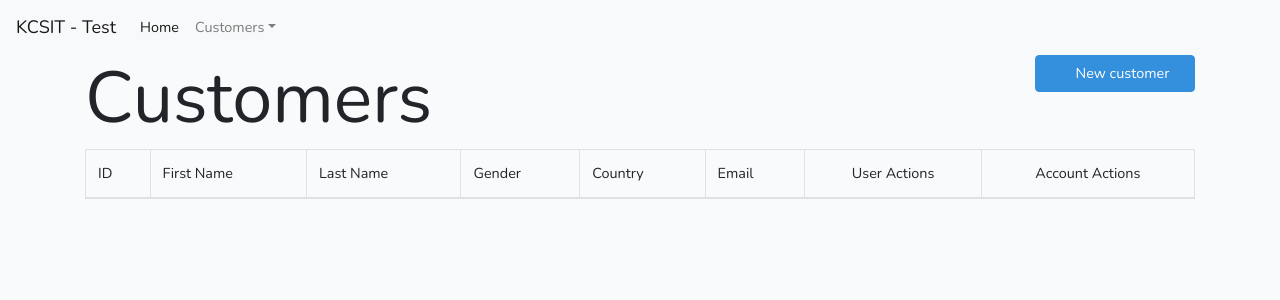
Repository: GilmarBrito/kcsit
Page: resources/views/customers/index.blade.php
The author's editor kept a copy of each file at every save. The page is drawn from the files as they stood at one save, then again after the next save.
The browser window is 1280 px wide. The pictures show the whole page.
The page is served by the project's Laravel application, run on PHP 8.4 with Laravel 8. Style sheets and scripts are compiled from the project's sources, by tool versions that may differ from the author's. The template is opened directly, without the code that normally fills it, so the values that code supplies are empty.

Above is the page before, as saved 2020-03-08 20:42:36.
Console error: ReferenceError: $ is not defined

After the next save:
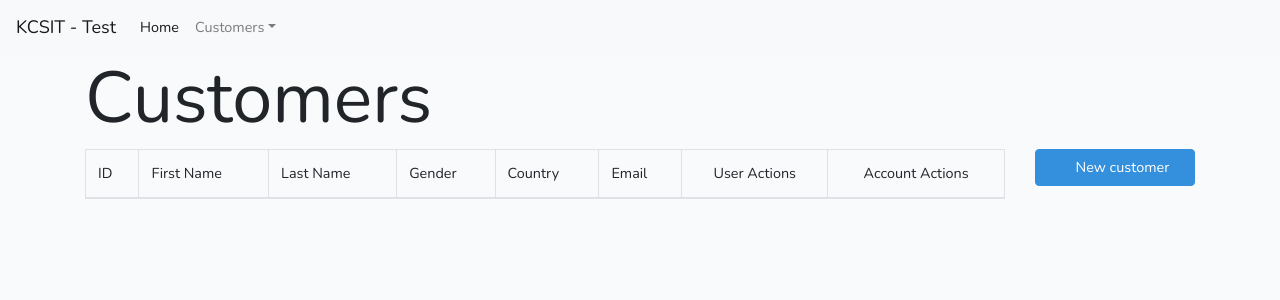
Saved 51 s later.
--- a/resources/views/customers/index.blade.php
+++ b/resources/views/customers/index.blade.php
@@ -2,15 +2,10 @@
 
 @section('main')
 <div class="row">
-    <div class="col-sm-10">
+    <div class="col-sm-12">
         <h1 class="display-3">Customers</h1>
     </div>
-    <div class="col-sm-2">
-        <a href="{{route('customers.create')}}" class="btn btn-primary btn-block">
-            <i class="fas fa-user-plus"></i> New customer
-        </a>
-    </div>
-    <div class="col-sm-12">
+    <div class="col-sm-10">
         <table class="table table-striped table-bordered">
             <thead>
                 <tr>
@@ -54,5 +49,10 @@
             </tbody>
         </table>
     </div>
+    <div class="col-sm-2">
+        <a href="{{route('customers.create')}}" class="btn btn-primary btn-block">
+            <i class="fas fa-user-plus"></i> New customer
+        </a>
+    </div>
 </div>
 @endsection
